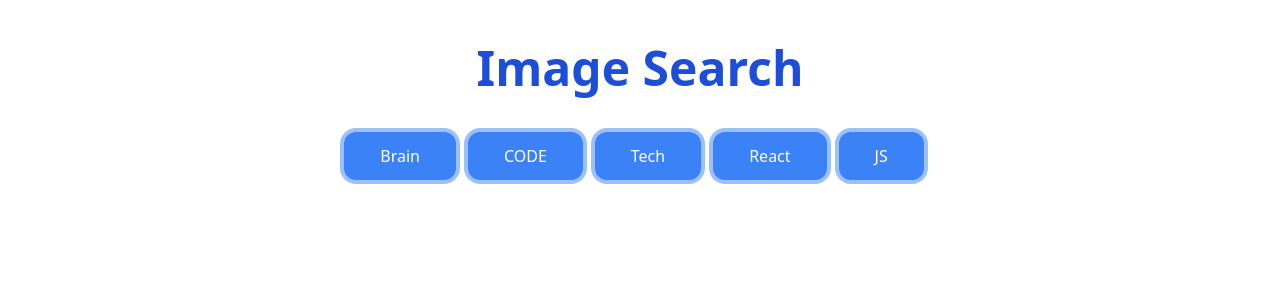
Repository: rkrukshan/react-image-gallery
Page: /
An editor plug-in stored every save of this project. The page is shown before and after the next save, followed by the edit.
The browser window is 1280 px wide. The pictures show the whole page.
The project was rebuilt for these pictures with package versions that can differ from the ones it lists, and the page was loaded fresh each time. Also part of the build but not shown: vite.config.js.

Above is the page before, as saved 2025-01-07 13:11:07.

### src/index.css
@tailwind base;
@tailwind components;
@tailwind utilities;

.btn {
  @apply bg-blue-500 text-white px-9 py-3 mr-3 rounded-xl ring-4 hover:ring-slate-400;
}

### src/App.jsx
import Gallery from "./assets/components/Gallery";

export default function App() {
  return (
    <div className="container mx-auto p-11">

    <Gallery/>

    </div>
  )
}

### src/assets/components/Gallery.jsx
export default function Gallery() {
  return (
    <div className="">
      <h1 className="font-bold text-5xl text-blue-700 text-center">
        Image Search
      </h1>
      <div className="mt-10 text-3xl text-center">

      </div>
      <div className="flex justify-center mt-10">
        <button className="btn">Brain</button>
        <button className="btn">CODE</button>
        <button className="btn"> Tech</button>
        <button className="btn">React</button>
        <button className="btn">JS</button>
      </div>
    </div>
  );
}

Loaded but not shown: index.html (common file); src/main.jsx (common file); tailwind.config.js (common file)

After the next save:
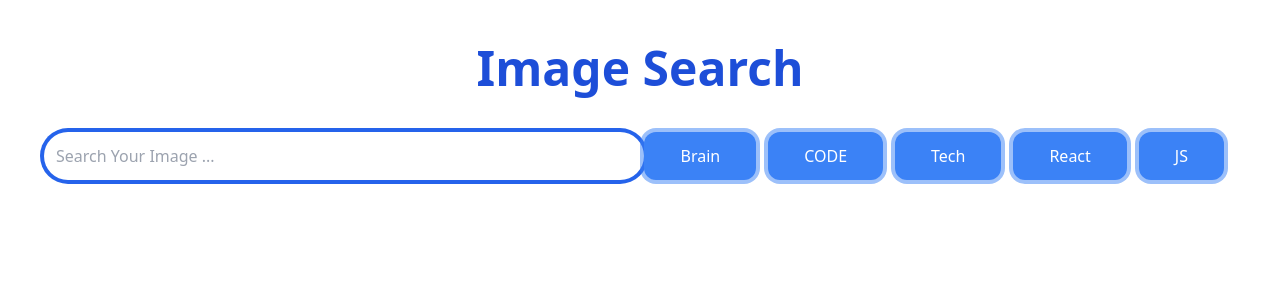
Saved 7 s later.
--- a/src/assets/components/Gallery.jsx
+++ b/src/assets/components/Gallery.jsx
@@ -8,6 +8,11 @@
 
       </div>
       <div className="flex justify-center mt-10">
+      <input
+          type="search"
+          placeholder="Search Your Image ..."
+          className="w-full rounded-full ring-4 ring-blue-600 p-3"
+        />
         <button className="btn">Brain</button>
         <button className="btn">CODE</button>
         <button className="btn"> Tech</button>

After the save that followed:
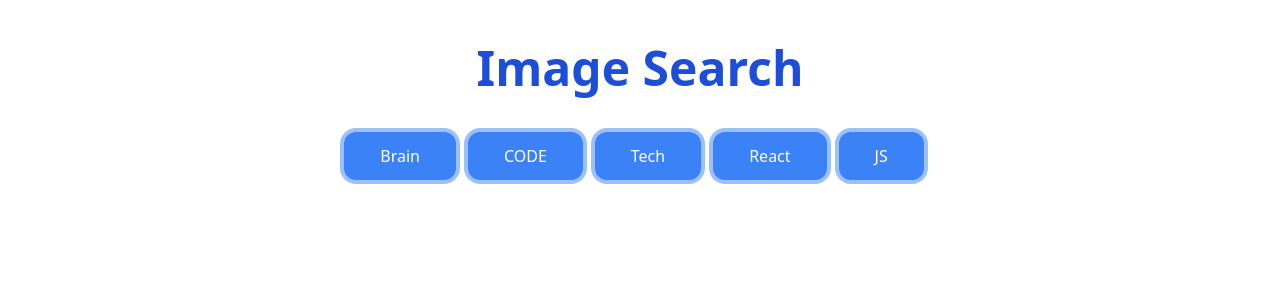
Saved 5 s later.
--- a/src/assets/components/Gallery.jsx
+++ b/src/assets/components/Gallery.jsx
@@ -8,11 +8,7 @@
 
       </div>
       <div className="flex justify-center mt-10">
-      <input
-          type="search"
-          placeholder="Search Your Image ..."
-          className="w-full rounded-full ring-4 ring-blue-600 p-3"
-        />
+
         <button className="btn">Brain</button>
         <button className="btn">CODE</button>
         <button className="btn"> Tech</button>
